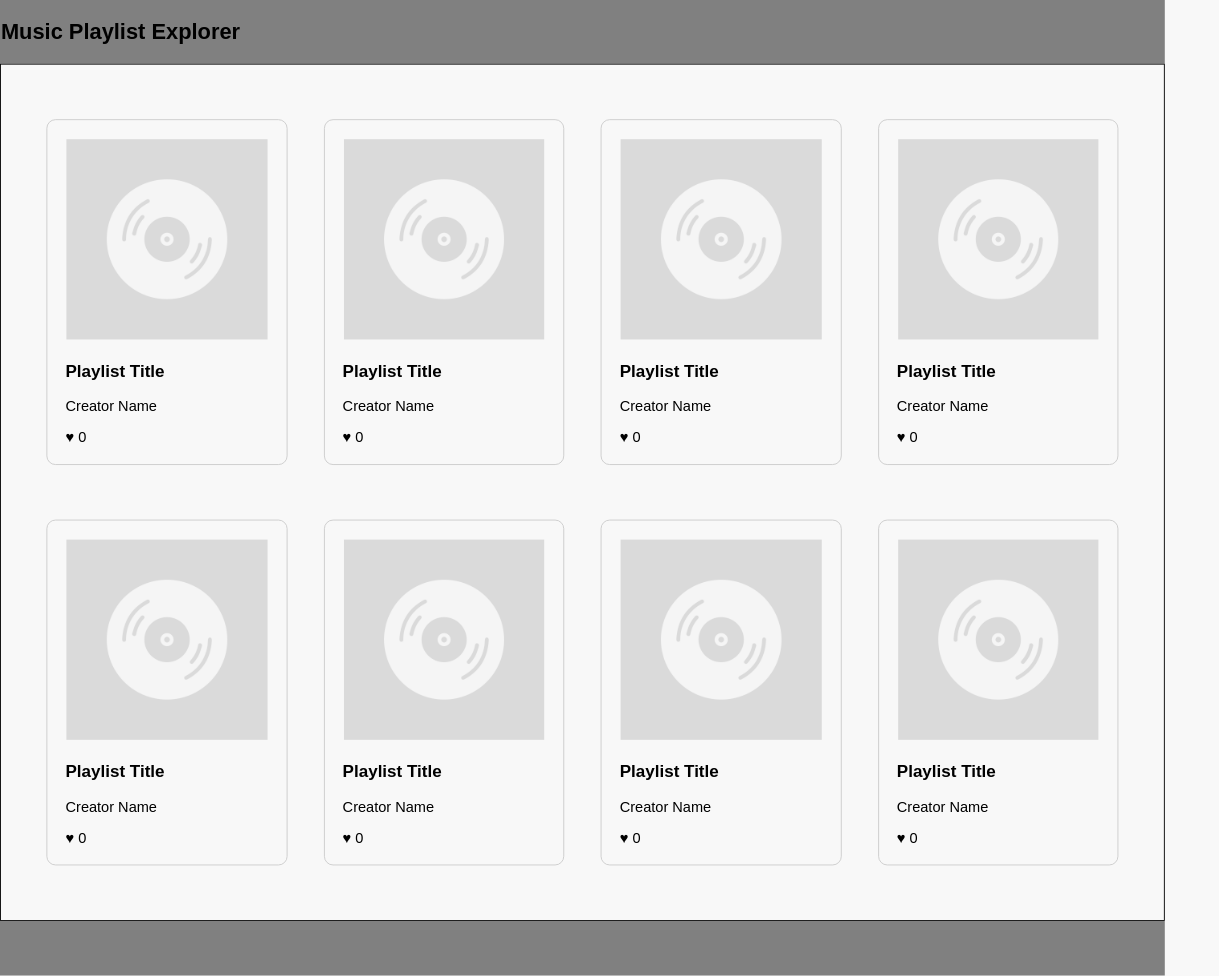
Repository: valentinaarojas/music-player-explorer
Page: index.html
The author's editor kept a copy of each file at every save. The page is drawn from the files as they stood at one save, then again after the next save.
The browser window is 1280 px wide. The page is 1280 px wide, then 1340 px, so the pictures cover 1340 px, including what lies to the right of the window. The pictures show the whole page, at 91% of full size.

Above is the page before, as saved 2025-02-19 16:38:03.
Console error: SyntaxError: Unexpected token '{'

After the next save:
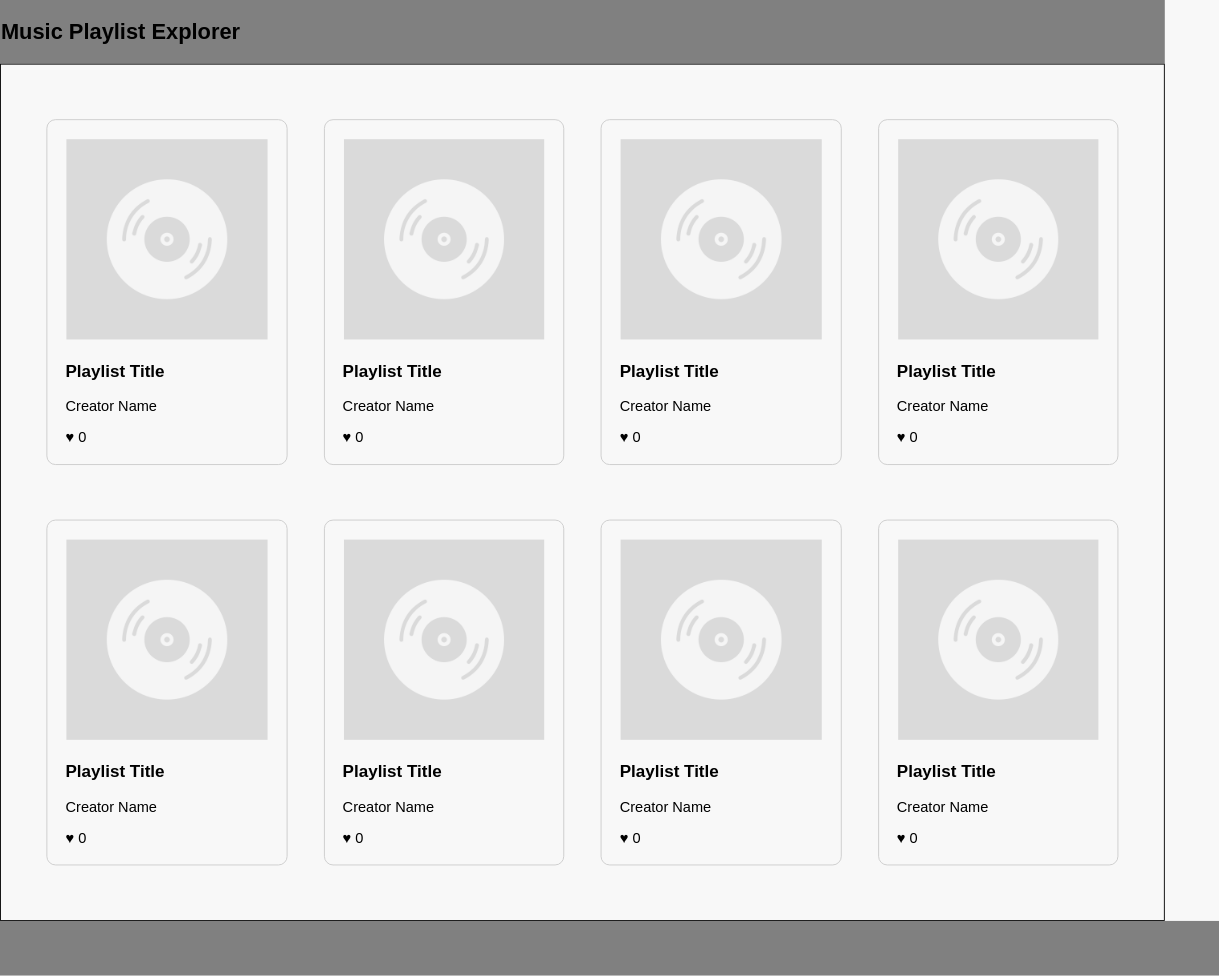
Saved 8 s later.
--- a/style.css
+++ b/style.css
@@ -32,6 +32,4 @@ footer {
     background-color: grey;
     padding: 30px;
     width: 100%;
-    margin: 0;
-    box-sizing: border-box;
 }
